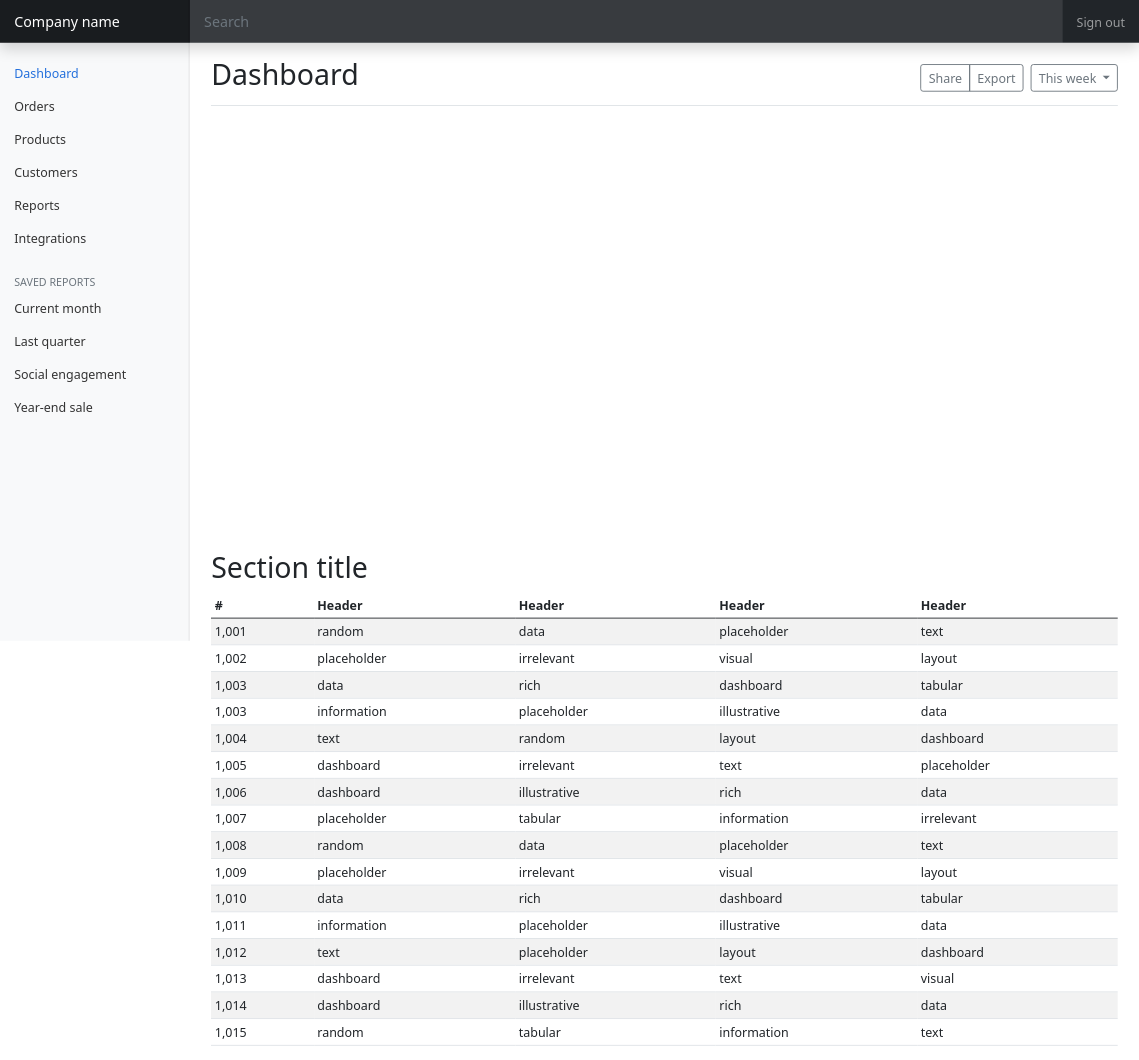
Repository: gustavo491/Dashboard
Page: http://localhost/login
These files come from the project's save history. The page is drawn as it stood at one moment and after the next save; the edit follows.
The browser window is 1280 px wide. The pictures show the whole page, at 89% of full size.
The page is served by the project's Laravel application, run on PHP 8.4 with Laravel 8. Other server files are loaded and not shown.

Above is the page before, as saved 2021-07-07 10:39:58.

### routes/web.php
<?php

use Illuminate\Support\Facades\Route;
use App\Http\Controllers\AuthController;

/*
|--------------------------------------------------------------------------
| Web Routes
|--------------------------------------------------------------------------
|
| Here is where you can register web routes for your application. These
| routes are loaded by the RouteServiceProvider within a group which
| contains the "web" middleware group. Now create something great!
|
*/

Route::get('/', function () {
    return view('welcome');
});

Route::get('/login', [AuthController::class, 'login']);
Route::post('/sign', [AuthController::class, 'sign']);
//Router::post('/mydocuments/sign', 'Guest@signMyDocuments');
//Auth::routes();

Route::get('/home', [App\Http\Controllers\HomeController::class, 'index'])->name('home');

### app/Http/Controllers/AuthController.php
<?php

namespace App\Http\Controllers;

use Illuminate\Http\Request;

class AuthController extends Controller
{
    public function Login(){
        return view('admin/login');
    }

    public function sign(){
        $email = $_POST['email'];
        $password = $_POST['passsword'];

        exit;
        }
}

### resources/views/admin/login.blade.php
<!doctype html>
<html lang="en">
  <head>
    <meta charset="utf-8">
    <meta name="viewport" content="width=device-width, initial-scale=1">
    <meta name="description" content="">
    <meta name="author" content="Mark Otto, Jacob Thornton, and Bootstrap contributors">
    <meta name="generator" content="Hugo 0.84.0">
    <title>Dashboard Template · Bootstrap v5.0</title>

    <link rel="canonical" href="https://getbootstrap.com/docs/5.0/examples/dashboard/">



    <!-- Bootstrap core CSS -->

<link href="{{ asset('css/bootstrap.min.css') }}" rel="stylesheet">

    <style>
      .bd-placeholder-img {
        font-size: 1.125rem;
        text-anchor: middle;
        -webkit-user-select: none;
        -moz-user-select: none;
        user-select: none;
      }

      @media (min-width: 768px) {
        .bd-placeholder-img-lg {
          font-size: 3.5rem;
        }
      }
    </style>


    <!-- Custom styles for this template -->
    <link href="{{ asset('css/dashboard.css') }}" rel="stylesheet">
  </head>
  <body>

<header class="navbar navbar-dark sticky-top bg-dark flex-md-nowrap p-0 shadow">
  <a class="navbar-brand col-md-3 col-lg-2 me-0 px-3" href="#">Company name</a>
  <button class="navbar-toggler position-absolute d-md-none collapsed" type="button" data-bs-toggle="collapse" data-bs-target="#sidebarMenu" aria-controls="sidebarMenu" aria-expanded="false" aria-label="Toggle navigation">
    <span class="navbar-toggler-icon"></span>
  </button>
  <input class="form-control form-control-dark w-100" type="text" placeholder="Search" aria-label="Search">
  <div class="navbar-nav">
    <div class="nav-item text-nowrap">
      <a class="nav-link px-3" href="#">Sign out</a>
    </div>
  </div>
</header>

<div class="container-fluid">
  <div class="row">
    <nav id="sidebarMenu" class="col-md-3 col-lg-2 d-md-block bg-light sidebar collapse">
      <div class="position-sticky pt-3">
        <ul class="nav flex-column">
          <li class="nav-item">
            <a class="nav-link active" aria-current="page" href="#">
              <span data-feather="home"></span>
              Dashboard
            </a>
          </li>
          <li class="nav-item">
            <a class="nav-link" href="#">
              <span data-feather="file"></span>
              Orders
            </a>
          </li>
          <li class="nav-item">
            <a class="nav-link" href="#">
              <span data-feather="shopping-cart"></span>
              Products
            </a>
          </li>
          <li class="nav-item">
            <a class="nav-link" href="#">
              <span data-feather="users"></span>
              Customers
            </a>
          </li>
          <li class="nav-item">
            <a class="nav-link" href="#">
              <span data-feather="bar-chart-2"></span>
              Reports
            </a>
          </li>
          <li class="nav-item">
            <a class="nav-link" href="#">
              <span data-feather="layers"></span>
              Integrations
            </a>
          </li>
        </ul>

        <h6 class="sidebar-heading d-flex justify-content-between align-items-center px-3 mt-4 mb-1 text-muted">
          <span>Saved reports</span>
          <a class="link-secondary" href="#" aria-label="Add a new report">
            <span data-feather="plus-circle"></span>
          </a>
        </h6>
        <ul class="nav flex-column mb-2">
          <li class="nav-item">
            <a class="nav-link" href="#">
              <span data-feather="file-text"></span>
              Current month
            </a>
          </li>
          <li class="nav-item">
            <a class="nav-link" href="#">
              <span data-feather="file-text"></span>
              Last quarter
            </a>
          </li>
          <li class="nav-item">
            <a class="nav-link" href="#">
              <span data-feather="file-text"></span>
              Social engagement
            </a>
          </li>
          <li class="nav-item">
            <a class="nav-link" href="#">
              <span data-feather="file-text"></span>
              Year-end sale
            </a>
          </li>
        </ul>
      </div>
    </nav>

    <main class="col-md-9 ms-sm-auto col-lg-10 px-md-4">
      <div class="d-flex justify-content-between flex-wrap flex-md-nowrap align-items-center pt-3 pb-2 mb-3 border-bottom">
        <h1 class="h2">Dashboard</h1>
        <div class="btn-toolbar mb-2 mb-md-0">
          <div class="btn-group me-2">
            <button type="button" class="btn btn-sm btn-outline-secondary">Share</button>
            <button type="button" class="btn btn-sm btn-outline-secondary">Export</button>
          </div>
          <button type="button" class="btn btn-sm btn-outline-secondary dropdown-toggle">
            <span data-feather="calendar"></span>
            This week
          </button>
        </div>
      </div>

      <canvas class="my-4 w-100" id="myChart" width="900" height="380"></canvas>

      <h2>Section title</h2>
      <div class="table-responsive">
        <table class="table table-striped table-sm">
          <thead>
            <tr>
              <th scope="col">#</th>
              <th scope="col">Header</th>
              <th scope="col">Header</th>
              <th scope="col">Header</th>
              <th scope="col">Header</th>
            </tr>
          </thead>
          <tbody>
            <tr>
              <td>1,001</td>
              <td>random</td>
              <td>data</td>
              <td>placeholder</td>
              <td>text</td>
            </tr>
            <tr>
              <td>1,002</td>
              <td>placeholder</td>
              <td>irrelevant</td>
              <td>visual</td>
              <td>layout</td>
            </tr>
            <tr>
              <td>1,003</td>
              <td>data</td>
              <td>rich</td>
              <td>dashboard</td>
              <td>tabular</td>
            </tr>
            <tr>
              <td>1,003</td>
              <td>information</td>
              <td>placeholder</td>
              <td>illustrative</td>
              <td>data</td>
            </tr>
            <tr>
              <td>1,004</td>
              <td>text</td>
              <td>random</td>
              <td>layout</td>
              <td>dashboard</td>
            </tr>
            <tr>
              <td>1,005</td>
              <td>dashboard</td>
              <td>irrelevant</td>
              <td>text</td>
              <td>placeholder</td>
            </tr>
            <tr>
              <td>1,006</td>
              <td>dashboard</td>
              <td>illustrative</td>
              <td>rich</td>
              <td>data</td>
            </tr>
            <tr>
              <td>1,007</td>
              <td>placeholder</td>
              <td>tabular</td>
              <td>information</td>
              <td>irrelevant</td>
            </tr>
            <tr>
              <td>1,008</td>
              <td>random</td>
              <td>data</td>
              <td>placeholder</td>
              <td>text</td>
            </tr>
            <tr>
              <td>1,009</td>
              <td>placeholder</td>
              <td>irrelevant</td>
              <td>visual</td>
              <td>layout</td>
            </tr>
            <tr>
              <td>1,010</td>
              <td>data</td>
              <td>rich</td>
              <td>dashboard</td>
              <td>tabular</td>
            </tr>
            <tr>
              <td>1,011</td>
              <td>information</td>
              <td>placeholder</td>
              <td>illustrative</td>
              <td>data</td>
            </tr>
            <tr>
              <td>1,012</td>
              <td>text</td>
              <td>placeholder</td>
              <td>layout</td>
              <td>dashboard</td>
            </tr>
            <tr>
              <td>1,013</td>
              <td>dashboard</td>
              <td>irrelevant</td>
              <td>text</td>
              <td>visual</td>
            </tr>
            <tr>
              <td>1,014</td>
              <td>dashboard</td>
              <td>illustrative</td>
              <td>rich</td>
              <td>data</td>
            </tr>
            <tr>
              <td>1,015</td>
              <td>random</td>
              <td>tabular</td>
              <td>information</td>
              <td>text</td>
            </tr>
          </tbody>
        </table>
      </div>
    </main>
  </div>
</div>


    <script src="{{ asset('js/bootstrap.bundle.min.js') }}"></script>

      <script src="https://cdn.jsdelivr.net/npm/feather-icons@4.28.0/dist/feather.min.js" integrity="sha384-uO3SXW5IuS1ZpFPKugNNWqTZRRglnUJK6UAZ/gxOX80nxEkN9NcGZTftn6RzhGWE" crossorigin="anonymous"></script><script src="https://cdn.jsdelivr.net/npm/chart.js@2.9.4/dist/Chart.min.js" integrity="sha384-zNy6FEbO50N+Cg5wap8IKA4M/ZnLJgzc6w2NqACZaK0u0FXfOWRRJOnQtpZun8ha" crossorigin="anonymous"></script><script src="dashboard.js"></script>
  </body>
</html>

### public/css/dashboard.css
body {
  font-size: .875rem;
}

.feather {
  width: 16px;
  height: 16px;
  vertical-align: text-bottom;
}

/*
 * Sidebar
 */

.sidebar {
  position: fixed;
  top: 0;
  /* rtl:raw:
  right: 0;
  */
  bottom: 0;
  /* rtl:remove */
  left: 0;
  z-index: 100; /* Behind the navbar */
  padding: 48px 0 0; /* Height of navbar */
  box-shadow: inset -1px 0 0 rgba(0, 0, 0, .1);
}

@media (max-width: 767.98px) {
  .sidebar {
    top: 5rem;
  }
}

.sidebar-sticky {
  position: relative;
  top: 0;
  height: calc(100vh - 48px);
  padding-top: .5rem;
  overflow-x: hidden;
  overflow-y: auto; /* Scrollable contents if viewport is shorter than content. */
}

.sidebar .nav-link {
  font-weight: 500;
  color: #333;
}

.sidebar .nav-link .feather {
  margin-right: 4px;
  color: #727272;
}

.sidebar .nav-link.active {
  color: #2470dc;
}

.sidebar .nav-link:hover .feather,
.sidebar .nav-link.active .feather {
  color: inherit;
}

.sidebar-heading {
  font-size: .75rem;
  text-transform: uppercase;
}

/*
 * Navbar
 */

.navbar-brand {
  padding-top: .75rem;
  padding-bottom: .75rem;
  font-size: 1rem;
  background-color: rgba(0, 0, 0, .25);
  box-shadow: inset -1px 0 0 rgba(0, 0, 0, .25);
}

.navbar .navbar-toggler {
  top: .25rem;
  right: 1rem;
}

.navbar .form-control {
  padding: .75rem 1rem;
  border-width: 0;
  border-radius: 0;
}

.form-control-dark {
  color: #fff;
  background-color: rgba(255, 255, 255, .1);
  border-color: rgba(255, 255, 255, .1);
}

.form-control-dark:focus {
  border-color: transparent;
  box-shadow: 0 0 0 3px rgba(255, 255, 255, .25);
}

### public/js/dashboard.js
/* globals Chart:false, feather:false */

(function () {
  'use strict'

  feather.replace({ 'aria-hidden': 'true' })

  // Graphs
  var ctx = document.getElementById('myChart')
  // eslint-disable-next-line no-unused-vars
  var myChart = new Chart(ctx, {
    type: 'line',
    data: {
      labels: [
        'Sunday',
        'Monday',
        'Tuesday',
        'Wednesday',
        'Thursday',
        'Friday',
        'Saturday'
      ],
      datasets: [{
        data: [
          15339,
          21345,
          18483,
          24003,
          23489,
          24092,
          12034
        ],
        lineTension: 0,
        backgroundColor: 'transparent',
        borderColor: '#007bff',
        borderWidth: 4,
        pointBackgroundColor: '#007bff'
      }]
    },
    options: {
      scales: {
        yAxes: [{
          ticks: {
            beginAtZero: false
          }
        }]
      },
      legend: {
        display: false
      }
    }
  })
})()

Loaded but not shown: app/Http/Controllers/Controller.php (common file); public/css/bootstrap.min.css (library); public/js/bootstrap.bundle.min.js (library)

After the next save:
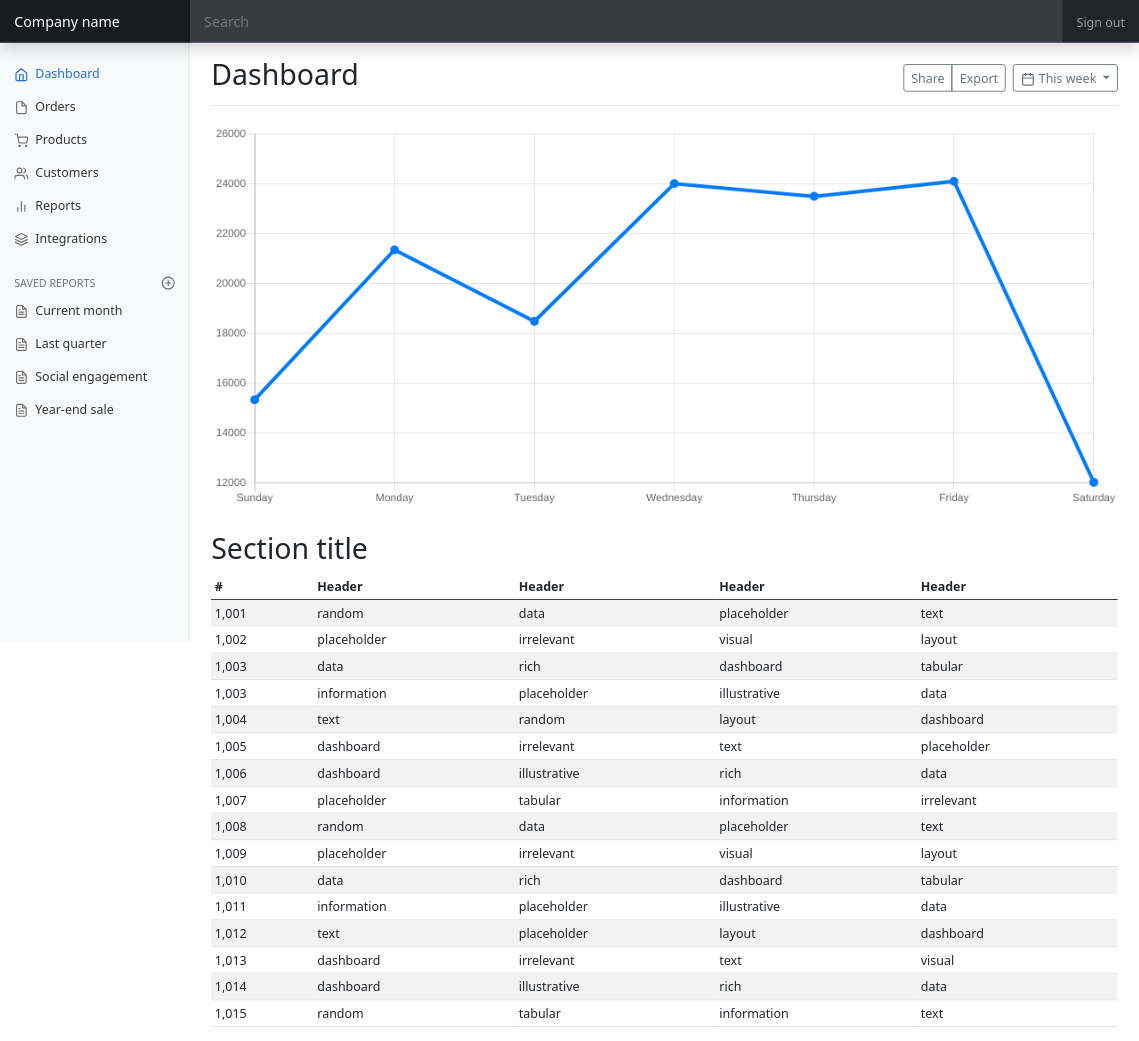
Saved 7 min 20 s later.
--- a/resources/views/admin/login.blade.php
+++ b/resources/views/admin/login.blade.php
@@ -281,6 +281,8 @@
 
     <script src="{{ asset('js/bootstrap.bundle.min.js') }}"></script>
 
-      <script src="https://cdn.jsdelivr.net/npm/feather-icons@4.28.0/dist/feather.min.js" integrity="sha384-uO3SXW5IuS1ZpFPKugNNWqTZRRglnUJK6UAZ/gxOX80nxEkN9NcGZTftn6RzhGWE" crossorigin="anonymous"></script><script src="https://cdn.jsdelivr.net/npm/chart.js@2.9.4/dist/Chart.min.js" integrity="sha384-zNy6FEbO50N+Cg5wap8IKA4M/ZnLJgzc6w2NqACZaK0u0FXfOWRRJOnQtpZun8ha" crossorigin="anonymous"></script><script src="dashboard.js"></script>
+      <script src="https://cdn.jsdelivr.net/npm/feather-icons@4.28.0/dist/feather.min.js" integrity="sha384-uO3SXW5IuS1ZpFPKugNNWqTZRRglnUJK6UAZ/gxOX80nxEkN9NcGZTftn6RzhGWE" crossorigin="anonymous"></script>
+      <script src="https://cdn.jsdelivr.net/npm/chart.js@2.9.4/dist/Chart.min.js" integrity="sha384-zNy6FEbO50N+Cg5wap8IKA4M/ZnLJgzc6w2NqACZaK0u0FXfOWRRJOnQtpZun8ha" crossorigin="anonymous"></script>
+      <script src="{{ asset('js/dashboard.js') }}"></script>
   </body>
 </html>
